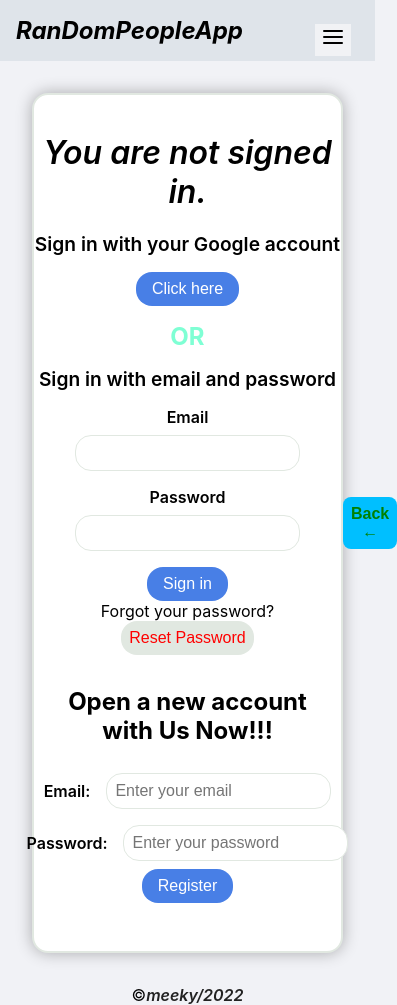
Repository: MikkyPrestige/RandomProfiles
Page: /profile
An editor plug-in stored every save of this project. The page is shown before and after the next save, followed by the edit.
The browser window is 375 px wide. The page is 397 px wide, then 375 px, so the pictures cover 397 px, including what lies to the right of the window. The pictures show the whole page.
The project was rebuilt for these pictures with package versions that can differ from the ones it lists, and the page was loaded fresh each time. Also part of the build but not shown: src/assets/styles/home.css, src/components/home.jsx, src/components/users.jsx, src/assets/styles/search.css, src/components/search.jsx, src/assets/styles/help.css, src/components/help.jsx, src/assets/styles/about.css and 8 more.

Above is the page before, as saved 2022-12-07 03:04:59.

### public/index.html
<!DOCTYPE html>
<html lang="en">

<head>
  <meta charset="utf-8" />
  <link rel="icon" href="%PUBLIC_URL%/favicon.ico" />
  <meta name="viewport" content="width=device-width, initial-scale=1" />
  <meta name="theme-color" content="#000000" />
  <meta name="description" content="Web site created using create-react-app" />
  <link rel="apple-touch-icon" href="%PUBLIC_URL%/logo192.png" />
  <!--
      manifest.json provides metadata used when your web app is installed on a
      user's mobile device or desktop. See https://developers.google.com/web/fundamentals/web-app-manifest/
    -->
  <link rel="manifest" href="%PUBLIC_URL%/manifest.json" />
  <!--
      Notice the use of %PUBLIC_URL% in the tags above.
      It will be replaced with the URL of the `public` folder during the build.
      Only files inside the `public` folder can be referenced from the HTML.

      Unlike "/favicon.ico" or "favicon.ico", "%PUBLIC_URL%/favicon.ico" will
      work correctly both with client-side routing and a non-root public URL.
      Learn how to configure a non-root public URL by running `npm run build`.
    -->
  <title>AltSchool Assignment 2</title>
</head>

<body>
  <noscript>You need to enable JavaScript to run this app.</noscript>
  <div id="root"></div>
  <!--
      This HTML file is a template.
      If you open it directly in the browser, you will see an empty page.

      You can add webfonts, meta tags, or analytics to this file.
      The build step will place the bundled scripts into the <body> tag.

      To begin the development, run `npm start` or `yarn start`.
      To create a production bundle, use `npm run build` or `yarn build`.
    -->
</body>

</html>

### src/index.css
body {
  margin: 0;
  font-family: -apple-system, BlinkMacSystemFont, 'Segoe UI', 'Roboto', 'Oxygen',
    'Ubuntu', 'Cantarell', 'Fira Sans', 'Droid Sans', 'Helvetica Neue',
    sans-serif;
  -webkit-font-smoothing: antialiased;
  -moz-osx-font-smoothing: grayscale;
  background-color: #f1f2f6;
}

code {
  font-family: source-code-pro, Menlo, Monaco, Consolas, 'Courier New',
    monospace;
}

### src/App.jsx
import * as React from "react";
import { ErrorBoundary } from "react-error-boundary";
import { Route, Routes } from "react-router-dom";
import {
  Layout,
  Home,
  Users,
  Search,
  Help,
  About,
  Error,
  ErrorFallBack,
  Profile,
  ProfileDisplay,
  Register,
  UpdatePassword,
  Footer,
} from "./components";

const App = () => {
  return (
    <div className="App">
      <main>
        <ErrorBoundary FallbackComponent={ErrorFallBack}>
          <Layout />
          <Routes>
            <Route path="/" element={<Home />} />
            <Route path="users">
              <Route index element={<Users />} />
              <Route path=":id" element={<Search />} />
            </Route>
            <Route path="profile" element={<Profile />} />
            <Route path="profileDisplay" element={<ProfileDisplay />} />
            <Route path="register" element={<Register />} />
            <Route path="update" element={<UpdatePassword />} />
            <Route path="help" element={<Help />} />
            <Route path="about" element={<About />} />
            <Route path="*" element={<Error />} />
          </Routes>
        </ErrorBoundary>
        <Footer />
      </main>
    </div>
  );
};

export default App;

### src/components/index.js
export {  Layout, Back } from "./layout";
export { default as Home } from "./home";
export { default as Users } from "./users";
export { default as Search } from "./search";
export { default as Help } from "./help";
export { default as About } from "./about";
export { default as Error } from "./error";
export { default as ErrorFallBack } from "./errorFallback";
export { default as Profile } from "./profile";
export { default as ProfileDisplay } from "./profileDisplay";
export { default as Register } from "./register";
export { default as UpdatePassword } from "./update";
export { Footer } from "./avatar";

### src/components/layout.jsx
// LAYOUT COMPONENT - This component is for the App Layout that displays the Navigation bar in the app UI to the user when app is open

import { useState } from "react";
import { NavLink } from "react-router-dom";
import "../assets/styles/layout.css";
import { MdClose } from "react-icons/md";
import { FiMenu } from "react-icons/fi";

const CustomNavLink = ({ to, ...props }) => {
  let activeStyle = {
    textDecoration: "underline",
    color: "red",
  };

  return (
    <NavLink
      style={({ isActive }) =>
        isActive ? activeStyle : { textDecoration: "none" }
      }
      to={to}
      end
      {...props}
    />
  );
};

const LayoutSmall = () => {
  const [nav, setNav] = useState(false);

  const toggleNav = () => {
    setNav(!nav);
  };

  const closeNav = () => {
    setNav(false);
  };

  return (
    <div className="layout small">
      <header className="layout__header">
        <div className="layout__header--text">
          <h1 className="layout__header--title">RanDomPeopleApp</h1>
        </div>
        <nav className="layout__nav">
          <button onClick={toggleNav} className="layout--btn">
            {nav ? (
              <MdClose className="layout__btn--icon" />
            ) : (
              <FiMenu className="layout__btn--icon" />
            )}
          </button>
          <div className={`menuNav ${nav ? " showMenu" : ""}`}>
            <CustomNavLink
              to="/"
              end
              className="nav__item"
              onClick={() => closeNav()}
            >
              Home
            </CustomNavLink>
            <CustomNavLink
              to="profile"
              className="nav__item"
              onClick={() => closeNav()}
            >
              Users
            </CustomNavLink>
            <CustomNavLink
              to="about"
              className="nav__item"
              onClick={() => closeNav()}
            >
              About
            </CustomNavLink>
            <CustomNavLink
              to="help"
              className="nav__item"
              onClick={() => closeNav()}
            >
              Features
            </CustomNavLink>
          </div>
        </nav>
      </header>
    </div>
  );
};

const LayoutLarge = () => {
  return (
    <div className="layout large">
      <header className="layout__header">
        <div className="layout__header--text">
          <h1 className="layout__header--title">RanDomPeopleApp</h1>
        </div>
        <nav className="layout__nav">
          <div className="nav__items--large">
            <CustomNavLink to="/" className="nav__item--large">
              Home
            </CustomNavLink>
            <CustomNavLink to="profile" className="nav__item--large">
              Users
            </CustomNavLink>
            <CustomNavLink to="about" className="nav__item--large">
              About
            </CustomNavLink>
            <CustomNavLink to="help" className="nav__item--large">
              Features
            </CustomNavLink>
          </div>
        </nav>
      </header>
    </div>
  );
};

const Layout = () => {
  return (
    <div>
      <LayoutSmall />
      <LayoutLarge />
    </div>
  );
};

//  Navigate back home button
const Back = () => {
  const [isHover, setIsHover] = useState(false);

  const handleMouseEnter = () => {
    setIsHover(true);
  };

  const handleMouseLeave = () => {
    setIsHover(false);
  };

  const style = {
    border: "none",
    borderRadius: ".5rem",
    padding: " .5rem",
    fontSize: "1rem",
    fontWeight: "600",
    cursor: "pointer",
    backgroundColor: isHover ? "lightblue" : "rgb(0, 191, 255)",
    color: isHover ? "#f00" : "green",
  };

  return (
    <NavLink to="/" className="back__button">
      <button
        style={style}
        onMouseEnter={handleMouseEnter}
        onMouseLeave={handleMouseLeave}
      >
        Back ←{" "}
      </button>
    </NavLink>
  );
};

export { Layout, Back };

### src/components/profile.jsx
import {
  signInWithRedirect,
  auth,
  provider,
  getRedirectResult,
  onAuthStateChanged,
  createUserWithEmailAndPassword,
  // RecaptchaVerifier,
  // signInWithPhoneNumber,
  signInWithEmailAndPassword,
  sendPasswordResetEmail,
} from "../config";
import { useEffect, useState } from "react";
import { useNavigate } from "react-router-dom";
import "../assets/styles/profile.css";
import { Back } from "./layout";

const Profile = () => {
  const [user, setUser] = useState(null);
  const [signedIn, setSignedIn] = useState(false);
  // sign in form state
  const [email, setEmail] = useState("");
  const [password, setPassword] = useState("");
  const [error, setError] = useState(null);
  // Register form state
  const [registerEmail, setRegisterEmail] = useState("");
  const [registerPassword, setRegisterPassword] = useState("");
  const [registerError, setRegisterError] = useState(null);

  const navigate = useNavigate();

  // handle register form
  const handleRegister = (e) => {
    e.preventDefault();
    createUserWithEmailAndPassword(auth, registerEmail, registerPassword)
      .then(() => {
        // Signed in
        console.log("User account created & signed in!");
      })
      .catch((registerError) => {
        if (registerError.code === "auth/email-already-in-use") {
          setRegisterError("This email address is already in use!");
        }
        if (registerError.code === "auth/invalid-email") {
          setRegisterError("This email address is invalid!");
        }
        if (registerError.code === "auth/weak-password") {
          setRegisterError("Password should be at least 6 characters");
        }
        console.error(registerError);
      });
  };

  // sign in with email and password
  const handleSignIn = (e) => {
    e.preventDefault();
    signInWithEmailAndPassword(auth, email, password)
      .then(() => {
        console.log("User signed in!");
      })
      .catch((error) => {
        if (error.code === "auth/wrong-password") {
          setError("Wrong password!");
        }
        if (error.code === "auth/user-not-found") {
          setError("User not found!");
        }
        console.error(error);
      });
  };

  // handle sign In
  const signIn = (e) => {
    e.preventDefault();
    signInWithRedirect(auth, provider);
  };

  // Send a password reset email
  const handlePasswordReset = (e) => {
    e.preventDefault();
    sendPasswordResetEmail(auth, email)
      .then(() => {
        // console.log("Password reset email sent!");
        alert("Password reset email sent!");
      })
      .catch((error) => {
        const errorCode = error.code;
        const errorMessage = error.message;
        // console.error(errorMessage, errorCode);
        alert(errorMessage, errorCode);
      });
  };

  // Get redirect result
  useEffect(() => {
    getRedirectResult(auth)
      .then((result) => {
        if (result) {
          setSignedIn(true);
        } else {
          console.log("No user");
        }
      })
      .catch((error) => {
        console.log(error);
      });
  }, [navigate]);

  // Check auth state
  useEffect(() => {
    onAuthStateChanged(auth, (user) => {
      if (user) {
        navigate("/users");
      } else {
        setUser(null);
      }
    });
  }, [navigate]);

  return (
    <div className="profile">
      <div className="profile__container">
        <div className="profile__desc">
          <div className="profile__user">
            <div className="sign__wrapper">
              <h1 className="profile__title">You are not signed in.</h1>
              <h2 className="sign__heading">
                Sign in with your Google account
              </h2>
              <button onClick={signIn} className="sign__btn">
                Click here
              </button>
              <p className="or">OR</p>
              <h2 className="sign__heading">Sign in with email and password</h2>
              <form onSubmit={handleSignIn} className="sign__form">
                <label htmlFor="email" className="sign__label">
                  Email
                </label>
                <input
                  type="email"
                  name="email"
                  id="email"
                  value={email}
                  onChange={(e) => setEmail(e.target.value)}
                  className="sign__input"
                />
                <label htmlFor="password" className="sign__label">
                  Password
                </label>
                <input
                  type="password"
                  name="password"
                  id="password"
                  value={password}
                  onChange={(e) => setPassword(e.target.value)}
                  className="sign__input"
                />
                {error && <p className="error">{error}</p>}
                <button type="submit" className="sign__btn">
                  Sign in
                </button>
              </form>
              <div>
                <span>Forgot your password? </span>
                <button onClick={handlePasswordReset} className="btn">
                  Reset Password
                </button>
              </div>
            </div>
            <div className="register__container">
              <h2 className="register__title">
                Open a new account with Us Now!!!
              </h2>
              <form onSubmit={handleRegister} className="register__form">
                <div className="register__group">
                  <label htmlFor="email" className="register__label">
                    Email:
                  </label>
                  <input
                    type="email"
                    name="email"
                    value={registerEmail}
                    placeholder="Enter your email"
                    onChange={(e) => setRegisterEmail(e.target.value)}
                    className="register__input"
                  />
                </div>
                <div className="register__group">
                  <label htmlFor="password" className="register__label">
                    Password:
                  </label>
                  <input
                    type="password"
                    name="password"
                    placeholder="Enter your password"
                    value={registerPassword}
                    onChange={(e) => setRegisterPassword(e.target.value)}
                    className="register__input"
                  />
                </div>
                {registerError && <p className="error">{registerError}</p>}
                <button type="submit" className="sign__btn">
                  Register
                </button>
              </form>
            </div>
          </div>
        </div>
        <Back />
      </div>
    </div>
  );
};

export default Profile;

### src/components/avatar.jsx
// AVATAR COMPONENT - This component is for the Images used in the app.

import "../assets/styles/layout.css";

export const Avatar = ({ image = "", alt = "", style = {} }) => {
  return (
    <div className="avatar">
      <img src={image} alt={alt} style={style} />
    </div>
  );
};

// FOOTER COMPONENT - for the attribution

export const Footer = () => {
  return (
    <div className="attribution">
      <footer>
        &copy;
        <a
          href="https://github.com/MeekyBerry"
          target="_blank"
          rel="noreferrer"
          className="footer"
        >
          meeky/2022
        </a>
      </footer>
    </div>
  );
};

### src/assets/styles/layout.css
.layout {
  background-color: #dfe4ea;
  width: 100%;
}

.layout__nav {
  display: flex;
  align-items: center;
  justify-content: space-between;
  position: relative;
  padding-right: 2rem;
}

.layout__header {
  display: flex;
  justify-content: space-between;
  align-items: center;
}

.layout__header--title {
  font-style: oblique;
  padding-left: 2rem;
}

.layout--btn {
  position: fixed;
  top: 1.5rem;
  right: 1.5rem;
  z-index: 10;
  background-color: #f1f2f5;
  border: none;
  font-size: 1.5rem;
  cursor: pointer;
}

.menuNav {
  position: fixed;
  top: 6rem;
  right: 0;
  width: 0;
  max-width: 10rem;
  height: 100%;
  background-color: #f1f2f5;
  z-index: 5;
  overflow: hidden;
}

.menuNav.showMenu {
  width: 100%;
  transition: all 2s ease-in;
  -webkit-transition: all 2s ease-in;
  -moz-transition: all 2s ease-in;
  -ms-transition: all 2s ease-in;
  -o-transition: all 2s ease-in;
}

.nav__items {
  display: flex;
  align-items: center;
  list-style: none;
}

.nav__item {
  font-size: 1.2rem;
  padding: 1rem;
  text-transform: uppercase;
  display: block;
  text-align: center;
  text-transform: uppercase;
  color: #0046dc;
}

.nav__item:hover {
  color: #7dd5c6;
}

.nav__items--large {
  display: flex;
  gap: 2rem;
}

.nav__item--large {
  text-transform: uppercase;
  font-size: 1.1rem;
  font-weight: 700;
  letter-spacing: .2rem;
  color: #0046dc;
}

.attribution {
  text-align: center;
}

.footer {
  color: #222;
  text-decoration: none;
  cursor: pointer;
  font-style: italic;
  font-weight: 600;
}

/* MEDIA QUERY TO HIDE THE NAVIGATION BAR HAMBURGER ON LARGE SCREENS */
@media screen and (max-width: 500px) {
  .layout__header--title {
    font-size: 1.5rem;
    padding-left: 1rem;
  }

  .layout__nav {
    padding-right: 1rem;
  }

  .nav__item {
    font-size: 1rem;
  }
}

@media screen and (min-width: 768px) {
  .small {
    display: none;
  }

  .large {
    display: block;
  }
}

@media screen and (max-width: 768px) {
  .small {
    display: block;
  }

  .large {
    display: none;
  }
}

@media screen and (max-width: 900px) {
  .nav__item--large {
    font-size: 1rem;
    margin-right: -.5rem;
  }

}

### src/assets/styles/users.css
.users {
  background-color: #fff;
  border: 1px solid #ccc;
  border-radius: 0.5rem;
  padding: 1rem;
  margin: 1rem;
}

.users__container {
  display: flex;
  flex-direction: column;
  justify-content: center;
  align-items: center;
}

.users__heading {
  text-align: center;
  text-transform: uppercase;
  font-size: 1.5rem;
  font-weight: bold;
  margin-bottom: 1rem;
}

.users__list {
  list-style: none;
  padding: 2rem;
  margin: 1rem auto;
  width: 85%;
  display: grid;
  grid-template-columns: repeat(3, minmax(200px, 1fr));
  grid-gap: 3rem;
}

.user__items {
  border-bottom: 1px solid #ccc;
}

.user__item {
  background-color: #fff;
  border: 1px solid #ccc;
  border-radius: 0.5rem;
  padding: 1rem;
}

.user__img {
  width: 80%;
  border-radius: 10%;
  margin-left: 1rem;
}

/* BUTTON BELOW */
.btn__container {
  display: flex;
  justify-content: center;
  align-items: center;
}

.active:hover {
  background-color: #ced6e0;
  color: #1e90ff;
}

.active:active {
  background-color: #70a1ff;
  color: #ced6e0;
}

.btn__array {
  padding: 0.5rem;
  margin: 0.5rem;
  font-size: 1rem;
  border-radius: 0.5rem;
  border: none;
  cursor: pointer;
}

.search__box {
  display: flex;
  justify-content: center;
  align-items: center;
}

.search__link {
  background-color: #fff;
  border: 1px solid #ccc;
  color: #1e90ff;
  border-radius: 1rem;
  width: 18rem;
  padding: 0.5rem;
  margin: 1rem;
  font-size: 1rem;
  font-weight: bold;
  cursor: pointer;
  text-align: center;
  text-decoration: none;
  animation: search 1s ease-in-out infinite;
}

.search__link:hover {
  background-color: #1e90ff;
  color: #fff;
  animation: none;
}

.search__link:active {
  background-color: #70a1ff;
  color: #fff;
  animation: none;
}

@keyframes search {
  0% {
    transform: scale(1);
  }

  50% {
    transform: scale(1.2);
  }

  100% {
    transform: scale(1);
  }
}

### src/config/index.js
// Import the functions you need from the SDKs you need
import { initializeApp } from "firebase/app";
import {
  getAuth,
  signInWithRedirect,
  GoogleAuthProvider,
  getRedirectResult,
  onAuthStateChanged,
  createUserWithEmailAndPassword,
  RecaptchaVerifier,
  signInWithPhoneNumber,
  signInWithEmailAndPassword,
  sendPasswordResetEmail,
  updatePassword,
  signOut,
  deleteUser,
} from "firebase/auth";

// web app's Firebase configuration
const firebaseConfig = {
  apiKey: "AIzaSyCfrfw6chi091bWLqJvanxAUTxgJ5XqEu0",
  authDomain: "random-people-app.firebaseapp.com",
  projectId: "random-people-app",
  storageBucket: "random-people-app.appspot.com",
  messagingSenderId: "1097586453252",
  appId: "1:1097586453252:web:4575afe7663a752ae77e51",
};

// Initialize Firebase
const app = initializeApp(firebaseConfig);
// Setup Google auth provider
const provider = new GoogleAuthProvider();

const auth = getAuth();

export {
  app,
  provider,
  auth,
  signInWithRedirect,
  getRedirectResult,
  onAuthStateChanged,
  createUserWithEmailAndPassword,
  RecaptchaVerifier,
  signInWithPhoneNumber,
  signInWithEmailAndPassword,
  sendPasswordResetEmail,
  updatePassword,
  signOut,
  deleteUser,
};

### src/assets/styles/profile.css
.profile {
  padding: 2rem;
  height: 100%;
}

.or {
  font-size: 1.5rem;
  color: #7fffd4;
  font-weight: bold;
  margin: 1rem 0;
}

.profile__container {
  display: flex;
  flex-direction: column;
  align-items: center;
  justify-content: center;
}

.profile__desc {
  text-align: center;
  max-width: 500px;
  width: 100%;
  margin: 1rem;
}

.profile__user {
  background-color: #fff;
  border: 2px solid #e1e8e1;
  border-radius: 1rem;
  box-shadow: 0 0 1rem rgba(0, 0, 0, 0.3);
  padding: 1rem 0;
}

.profile__title {
  font-size: 2rem;
  font-weight: 600;
  font-style: oblique;
}

.profile__paragraph {
  margin: 2rem 0;
}

.profile__detail {
  font-size: 1.2rem;
  font-weight: 400;
}

.profile__link {
  font-size: 1.2rem;
  font-weight: 600;
  background-color: #0651dd;
  color: #f1f2f6;
  padding: 0.4rem;
  border-radius: 0.5rem;
  text-decoration: none;
}

.profile__link:hover {
  background-color: #1550bd;
  color: #fff;
  text-decoration: underline;
}

.profile__buttons {
  display: flex;
  flex-direction: column;
  align-items: center;
  gap: .5rem;
}

.btn__wrapper {
  display: flex;
  justify-content: center;
  align-items: center;
  gap: 5rem;
  margin-top: .5rem;
}

.btn__link {
  font-size: 1.3rem;
  font-weight: 600;
  color: green;
  text-decoration: none;
}

.btn__link:hover {
  text-decoration: underline;
}

.btn {
  background-color: #e1e8e1;
  color: red;
  border: none;
  border-radius: 1rem;
  padding: .5rem;
  font-size: 1rem;
  cursor: pointer;
}

.btn:hover {
  background-color: #d1d8d1;
  color: #0651ddbb;
}

.btn:active {
  background-color: #c1c8c1;
  color: #0651ddbb;
}

.sign__btn {
  background-color: #0651ddbb;
  color: #fff;
  border: none;
  border-radius: 1rem;
  padding: .5rem 1rem;
  font-size: 1rem;
  cursor: pointer;
}

.sign__btn:hover {
  background-color: #0651dd;
  color: #fff;
}

.sign__btn:active {
  background-color: #0651dd;
  color: #fff;
}

.sign__heading {
  font-size: 1.2rem;
  font-weight: 600;
  text-align: center;
  margin-bottom: 1rem;
}

.sign__form {
  display: flex;
  flex-direction: column;
  justify-content: center;
  align-items: center;
}

.sign__label {
  font-size: 1rem;
  font-weight: 600;
  margin-bottom: .5rem;
}

.sign__input {
  border: 1px solid #e1e8e1;
  border-radius: 1rem;
  padding: .5rem;
  font-size: 1rem;
  margin-bottom: 1rem;
}

.sign__input:focus {
  outline: none;
}

.register {
  padding: 2rem;
  height: 100%;
}

.register__container {
  margin: 2rem;
  text-align: center;
}

.register__title {
  font-size: 1.5rem;
  font-weight: 700;
  text-align: center;
}

.register__phone {
  font-size: 1.2rem;
  font-weight: 600;
  text-align: center;
  margin-top: 1rem;
}

.register__form {
  display: flex;
  flex-direction: column;
  justify-content: center;
  align-items: center;
  margin: 1rem;
}

.register__form--title {
  font-size: 1.2rem;
  font-weight: 600;
}

.register__group {
  display: flex;
  justify-content: center;
  align-items: center;
  gap: 1rem;
  margin: .5rem;
}

.register__label {
  font-size: 1rem;
  font-weight: 600;
}

.register__input {
  border: 1px solid #e1e8e1;
  border-radius: 1rem;
  padding: .5rem;
  font-size: 1rem;
}

.register__input:focus {
  outline: none;
}

.error {
  color: red;
  font-size: 1rem;
  font-weight: 600;
  margin-top: -.5rem;
}

@media screen and (max-width: 600px) {
  .profile__container {
    flex-direction: row;
    justify-content: space-between;
  }

  .profile__desc {
    margin: 0;
  }

  .profile__buttons {
    flex-direction: row;
    gap: 1rem;
  }

  .btn__wrapper {
    gap: 1rem;
  }

}

Loaded but not shown: src/index.js (common file)

After the next save:
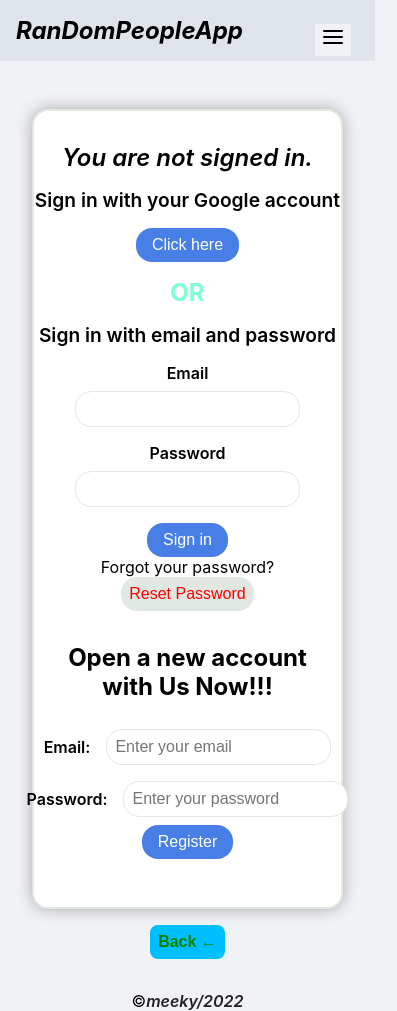
Saved 43 s later.
--- a/src/assets/styles/profile.css
+++ b/src/assets/styles/profile.css
@@ -229,22 +229,8 @@
 }
 
 @media screen and (max-width: 600px) {
-  .profile__container {
-    flex-direction: row;
-    justify-content: space-between;
+  .profile__title {
+    font-size: 1.5rem;
   }
 
-  .profile__desc {
-    margin: 0;
-  }
-
-  .profile__buttons {
-    flex-direction: row;
-    gap: 1rem;
-  }
-
-  .btn__wrapper {
-    gap: 1rem;
-  }
-
-}
+}
